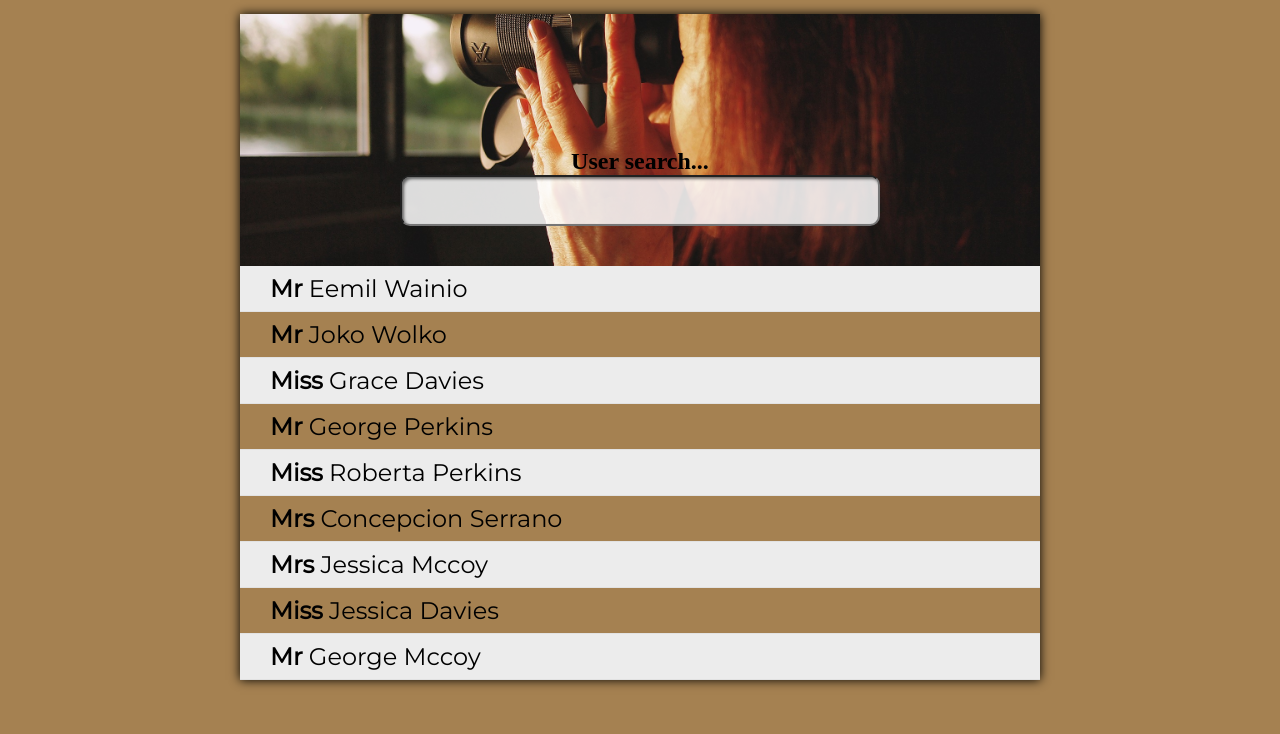
Repository: KrzysKolo/sr_tydzien5_zad4
Page: /
An editor plug-in stored every save of this project. The page is shown before and after the next save, followed by the edit.
The browser window is 1280 px wide. The pictures show the whole page.
The project was rebuilt for these pictures with package versions that can differ from the ones it lists, and the page was loaded fresh each time.

Above is the page before, as saved 2021-01-03 05:52:07.

### public/index.html
<!DOCTYPE html>
<html lang="en">
  <head>
    <meta charset="utf-8" />
    <link rel="icon" href="%PUBLIC_URL%/favicon.ico" />
    <meta name="viewport" content="width=device-width, initial-scale=1" />
    <meta name="theme-color" content="#000000" />
    <meta
      name="description"
      content="Web site created using create-react-app"
    />
    <link rel="apple-touch-icon" href="%PUBLIC_URL%/logo192.png" />
    <!--
      manifest.json provides metadata used when your web app is installed on a
      user's mobile device or desktop. See https://developers.google.com/web/fundamentals/web-app-manifest/
    -->
    <link rel="manifest" href="%PUBLIC_URL%/manifest.json" />
    <!--
      Notice the use of %PUBLIC_URL% in the tags above.
      It will be replaced with the URL of the `public` folder during the build.
      Only files inside the `public` folder can be referenced from the HTML.

      Unlike "/favicon.ico" or "favicon.ico", "%PUBLIC_URL%/favicon.ico" will
      work correctly both with client-side routing and a non-root public URL.
      Learn how to configure a non-root public URL by running `npm run build`.
    -->
    <link rel="preconnect" href="https://fonts.gstatic.com">
<link href="https://fonts.googleapis.com/css2?family=Montserrat&display=swap" rel="stylesheet">
    <title>User search</title>
  </head>
  <body>
    <noscript>You need to enable JavaScript to run this app.</noscript>
    <div id="root"></div>
    <!--
      This HTML file is a template.
      If you open it directly in the browser, you will see an empty page.

      You can add webfonts, meta tags, or analytics to this file.
      The build step will place the bundled scripts into the <body> tag.

      To begin the development, run `npm start` or `yarn start`.
      To create a production bundle, use `npm run build` or `yarn build`.
    -->
  </body>
</html>

### src/App.js
import React from 'react';
import UsersContainer from './components/UsersContainer';
import Header from './components/Header';
import './App.css';


const App = () => {

  return (
    <section>
      <Header />
      <UsersContainer/>
    </section>
  )
}

export default App;

### src/components/UsersContainer.js
import React, { useState, useEffect } from 'react';


const UsersContainer = () => {

  const UsersAPI = '/users.json';

  const [ users, setUsers ] = useState([]);

  useEffect(() => {

    fetch(UsersAPI)
      .then(res => res.json())
      .then(data => {
        console.log(data.users);
        setUsers(data.users);
      })
    }, []);

    const user = users.map(user => (
      <li className="user" key={user.id}><b>{user.title}</b> {user.first} {user.last}</li>
    ))
    return (
        <ul>
					{user}
        </ul>
    )
}

export default UsersContainer;

### src/components/Header.js
import React from 'react';

const Header = () => {
    return (
        <div className="header__section">
            <h1>User search...</h1>
            <div className="header__search-wrapper">
                <input className="header__search" type="text" />
            </div>
        </div>
    )
}

export default Header;

### src/App.css
* {
  box-sizing: border-box;
  padding: 0;
  margin: 0;
}
body {
  height: 100vh;
  width: 100vw;
  background-color: rgb(165, 129, 81);
}
section {
  margin: 2vh auto;
  width: 70%;
  max-width: 800px;
  display: flex;
  flex-direction: column;
  box-shadow: 0 0 10px #000;
}
.header__section {
  height: 35vh;
  background-image: url("./images/girl.jpg");
  background-position: center;
  background-size: cover;
  display: flex;
  flex-direction: column;
  justify-content: flex-end;
  align-items: center;
}
.header__search-wrapper {
  width: 100%;
  margin-bottom: 40px;
  display: flex;
  justify-content: center;
}
.header__search {
  padding: 10px 20px;
  width: 60%;
  border-radius: 10px;
  background-color: rgba(255, 255, 255, 0.85);
  box-shadow: inset 2px 2px 3px 0px rgba(0, 0, 0, 0.55);
  font-size: 23px;
}
.user {
  font-size: 1.5rem;
  font-family: "Montserrat", sans-serif;
  padding: 10px;
  list-style: none;
  padding: 8px 30px;
  border-bottom: 1px solid rgb(226, 226, 226);
}
.user:nth-child(odd) {
  background: #ececec;
}

### public/users.json
{
    "users": [
      {
        "id": 1,
        "title": "Mr",
        "first": "Eemil",
        "last": "Wainio"
       },
      {
        "id": 2,
        "title": "Mr",
        "first": "Joko",
        "last": "Wolko"
      },
      {
        "id": 3,
        "title": "Miss",
        "first": "Grace",
        "last": "Davies"
      },
      {
        "id": 4,
        "title": "Mr ",
        "first": "George ",
        "last": "Perkins"
      },
      {
        "id": 5,
        "title": "Miss",
        "first": "Roberta ",
        "last": "Perkins"
      },
      {
        "id": 6,
        "title": "Mrs ",
        "first": "Concepcion ",
        "last": "Serrano"
      },
      {
        "id": 7,
        "title": "Mrs ",
        "first": "Jessica ",
        "last": "Mccoy"
      },
      {
        "id": 8,
        "title": "Miss",
        "first": "Jessica",
        "last": "Davies"
      },
      {
        "id": 9,
        "title": "Mr",
        "first": "George",
        "last": "Mccoy"
      }
    ]
  }

Loaded but not shown: src/index.js (common file)

After the next save:
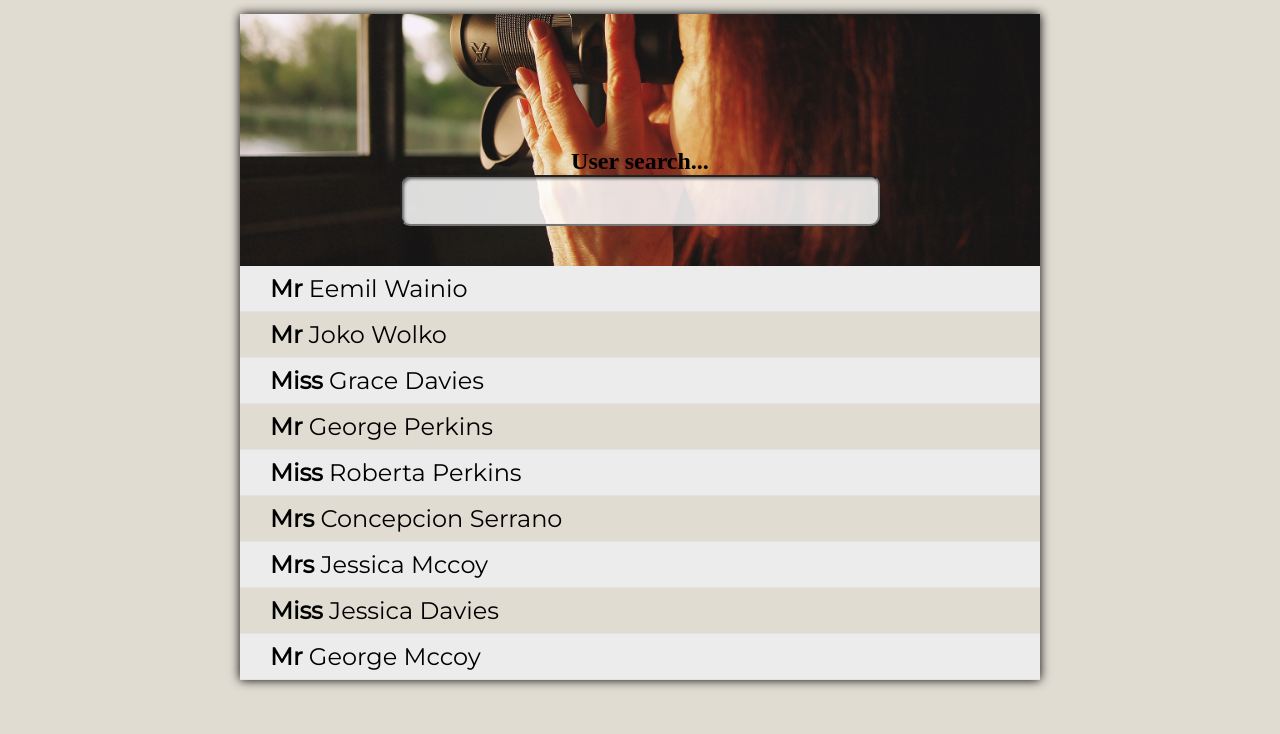
Saved 27 s later.
--- a/src/App.css
+++ b/src/App.css
@@ -6,7 +6,7 @@
 body {
   height: 100vh;
   width: 100vw;
-  background-color: rgb(165, 129, 81);
+  background-color: rgba(218, 212, 199, 0.8);
 }
 section {
   margin: 2vh auto;
